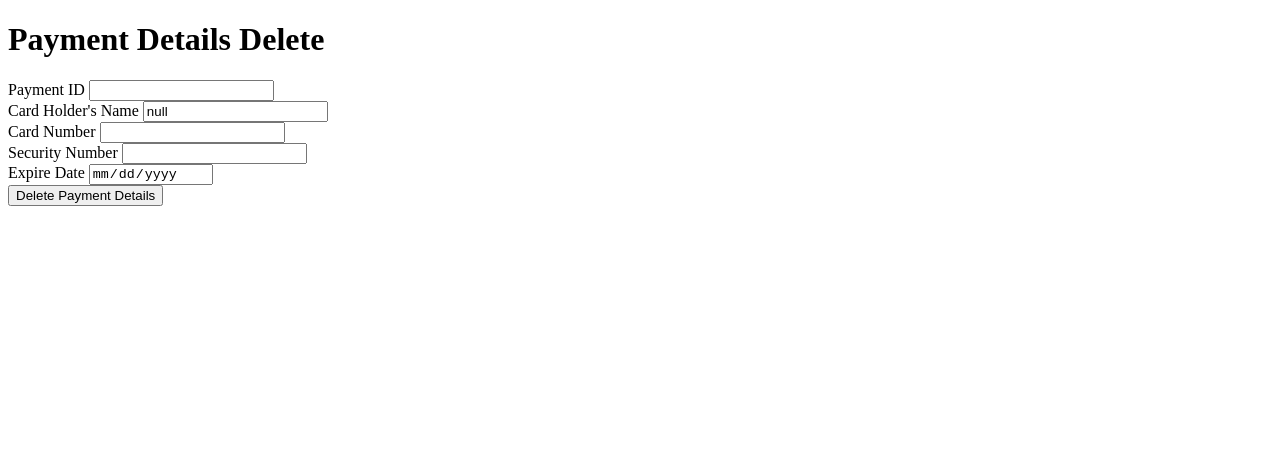
Repository: sandeepa9803/OOP---Online-Travel-web-application
Page: http://localhost/PaymentNew/deletepayment.jsp
The author's editor kept a copy of each file at every save. The page is drawn from the files as they stood at one save, then again after the next save.
The browser window is 1280 px wide. The pictures show the whole page.
The page is served by Tomcat 9.

Above is the page before, as saved 2021-10-11 11:55:57.

After the next save:
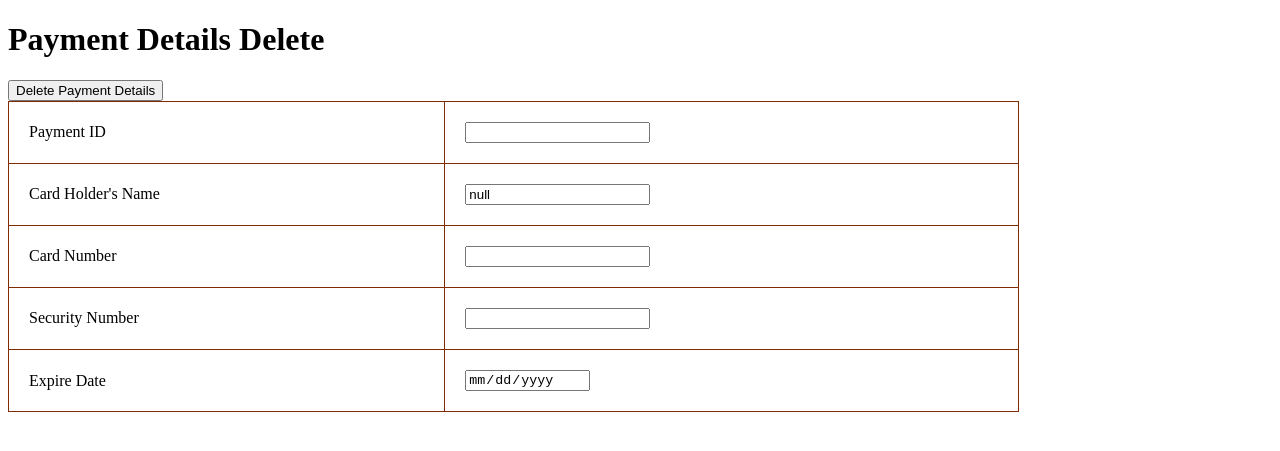
Saved 10 min 25 s later.
--- a/PaymentNew/WebContent/deletepayment.jsp
+++ b/PaymentNew/WebContent/deletepayment.jsp
@@ -71,11 +71,33 @@ th, td {
       <h1>Payment Details Delete </h1>
 
     <form action="delete" method ="post" >
-    Payment ID <input type ="number" name="paymentid" value="<%=PaymentID%>" readonly><br>
-    Card Holder's Name <input type ="text" name="cardholder" value="<%=CardHoldersName%>" readonly><br>
-    Card Number <input type ="number" name="cardnum" value="<%=CardNumber%>" readonly><br>
-    Security Number <input type ="number" name="cvcnum" value="<%=SecurityCode%>" readonly><br>
-    Expire Date <input type ="date" name="date" value="<%=ExpireDate%>" readonly><br>
+
+    <table>
+
+    <tr>
+   <td>Payment ID </td>
+   <td><input type ="number" name="paymentid" value="<%=PaymentID%>" readonly></td>
+    </tr>
+
+    <tr>
+    <td> Card Holder's Name </td>
+     <td><input type ="text" name="cardholder" value="<%=CardHoldersName%>" readonly></td>
+     </tr>
+
+     <tr>
+     <td>Card Number </td>
+     <td><input type ="number" name="cardnum" value="<%=CardNumber%>" readonly></td>
+     </tr>
+
+     <tr>
+     <td> Security Number </td>
+     <td> <input type ="number" name="cvcnum" value="<%=SecurityCode%>" readonly> </td>
+     </tr>
+
+     <tr>
+     <td> Expire Date </td>
+     <td> <input type ="date" name="date" value="<%=ExpireDate%>" readonly></td>
+     </tr>
 
     <input type ="submit" name="submit" value="Delete Payment Details"><br>
     </form>
